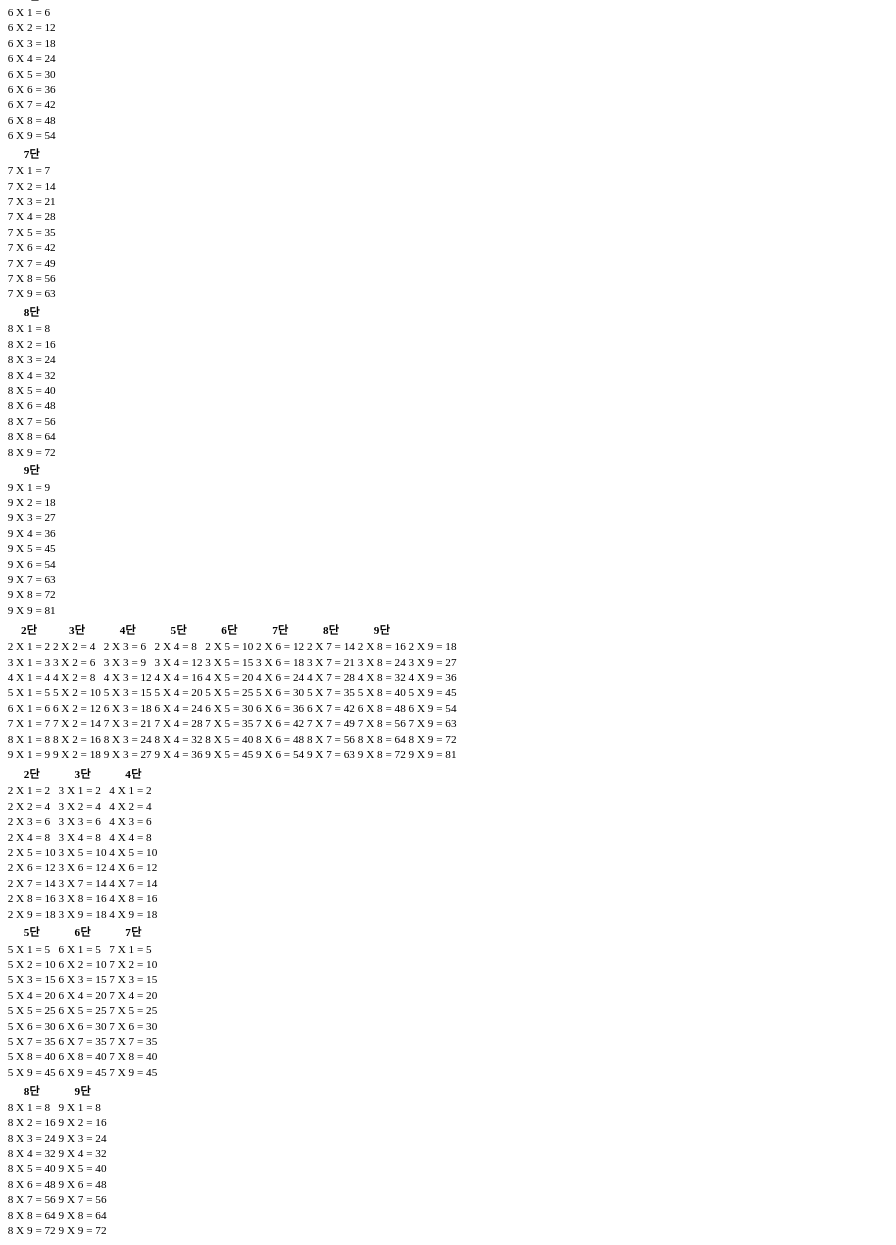
Repository: zodib0123/kdt_jsp
Page: http://localhost/MustHaveJSP/Mission/Gugudan1.jsp
These files come from the project's save history. The page is drawn as it stood at one moment and after the next save; the edit follows.
The browser window is 1280 px wide. The pictures show the part of the page from y = 934 to 2854 px (the page is 2712 px tall before and 2854 px after), at 70% of full size.
The page is served by Tomcat 10.

Above is the page before, as saved 2025-09-22 08:30:45.

After the next save:
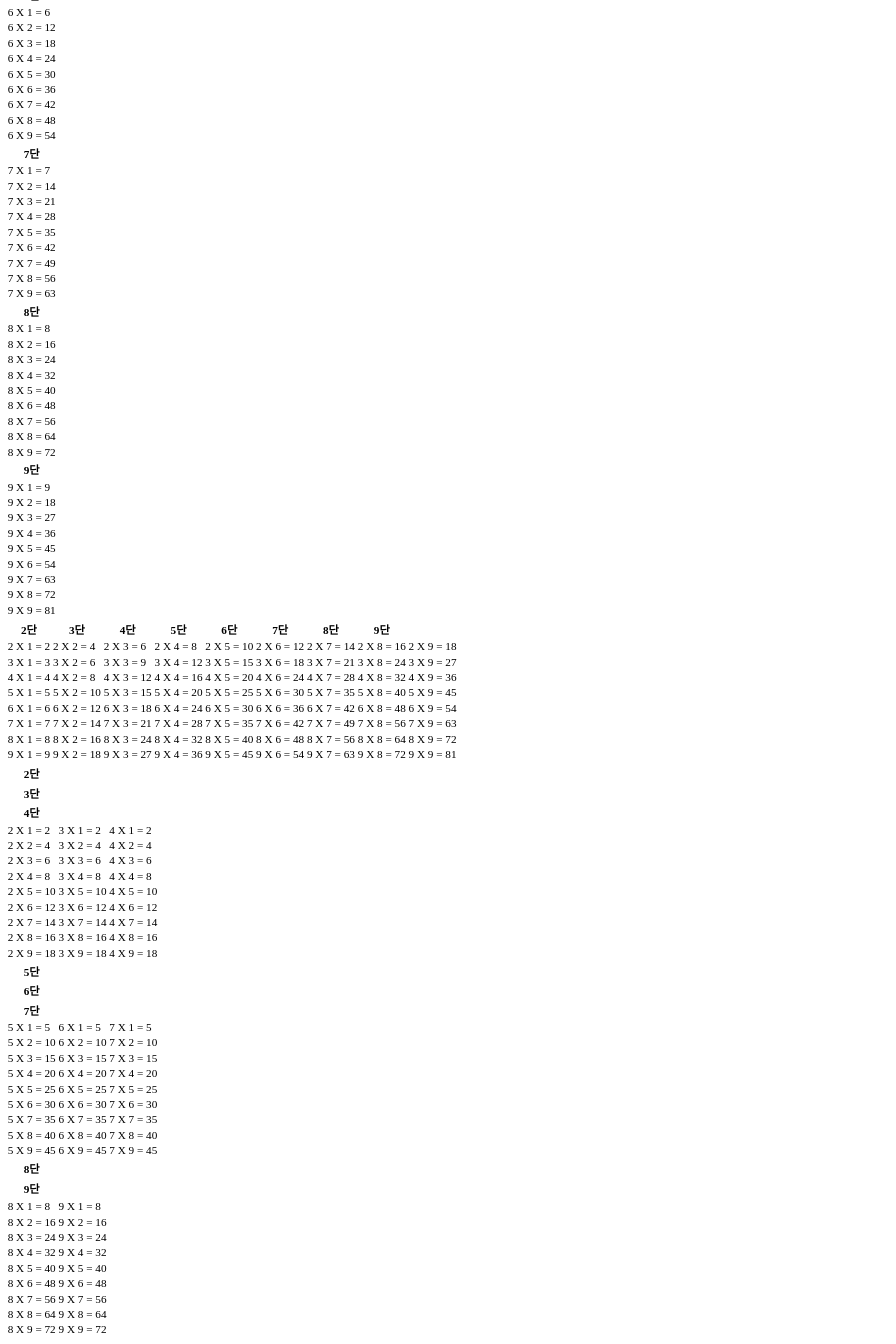
Saved 14 s later.
--- a/MustHaveJSP/src/main/webapp/Mission/Gugudan1.jsp
+++ b/MustHaveJSP/src/main/webapp/Mission/Gugudan1.jsp
@@ -37,9 +37,11 @@
 	for (int j = 1; j < 10; j++) {
 		if (j == 1) {
 			for (int k = i; k < i+3; k++) {
+				out.print("<tr>");
 				if (k < 10) {
 					out.println("<th>" + k + "단 </th>");
 				}
+				out.print("</tr>\n");
 			}
 		}
 		out.print("<tr>");

After the save that followed:
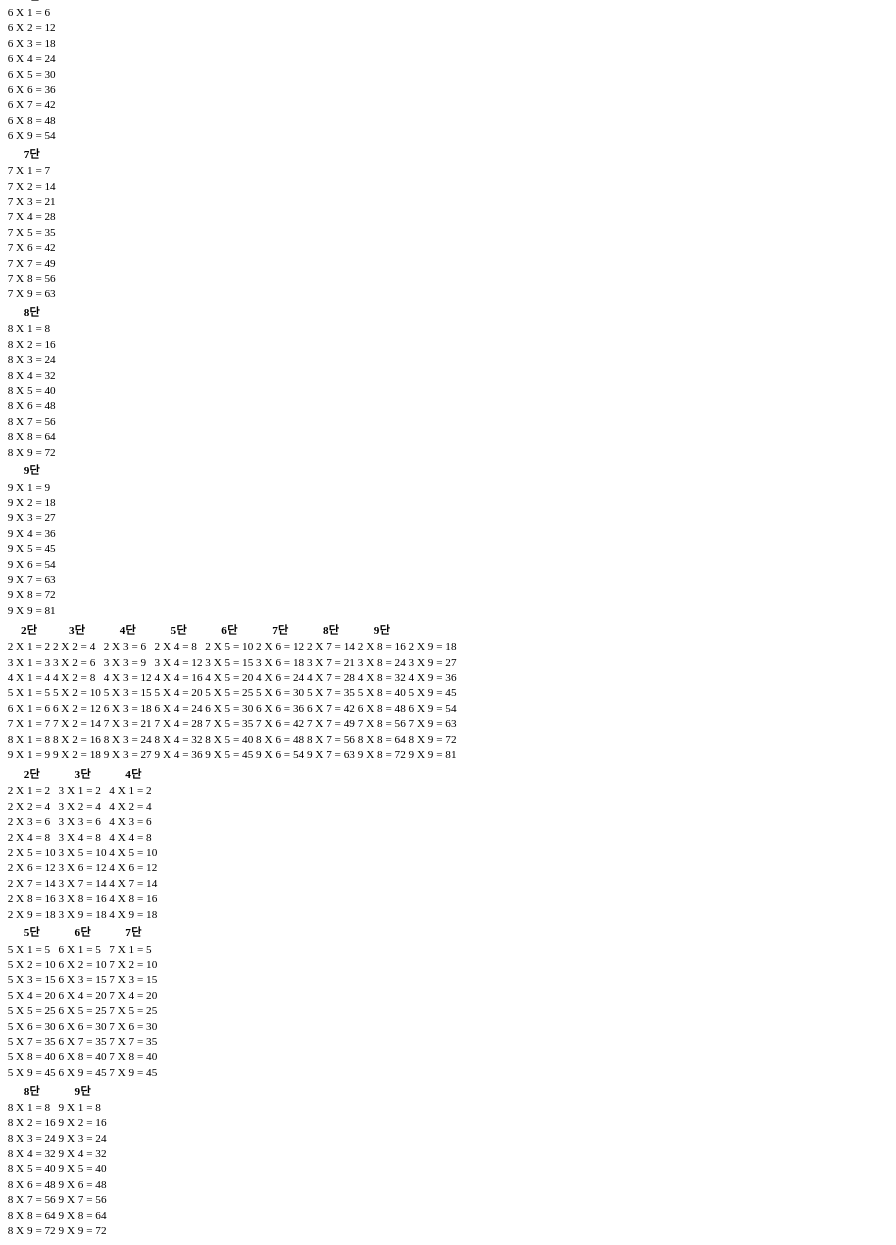
Saved 8 s later.
--- a/MustHaveJSP/src/main/webapp/Mission/Gugudan1.jsp
+++ b/MustHaveJSP/src/main/webapp/Mission/Gugudan1.jsp
@@ -37,11 +37,9 @@
 	for (int j = 1; j < 10; j++) {
 		if (j == 1) {
 			for (int k = i; k < i+3; k++) {
-				out.print("<tr>");
 				if (k < 10) {
 					out.println("<th>" + k + "단 </th>");
 				}
-				out.print("</tr>\n");
 			}
 		}
 		out.print("<tr>");
